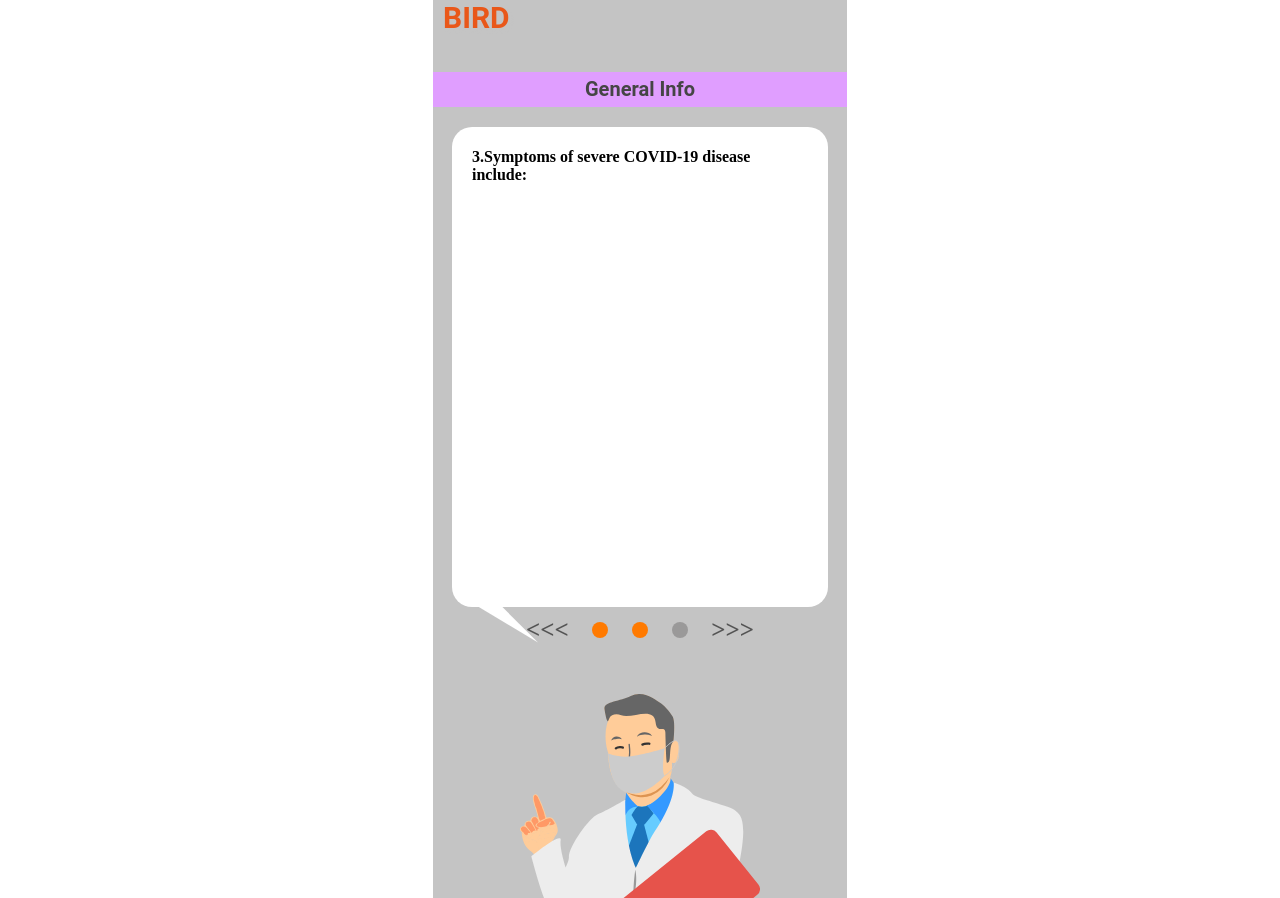
Repository: Levic559/BIRD
Page: General_info-3/1.html
These files come from the project's save history. The page is drawn as it stood at one moment and after a run of saves; the edit follows.
The browser window is 1280 px wide. The pictures show the whole page.

Above is the page before, as saved 2021-03-11 01:09:01.

After the next 2 saves:
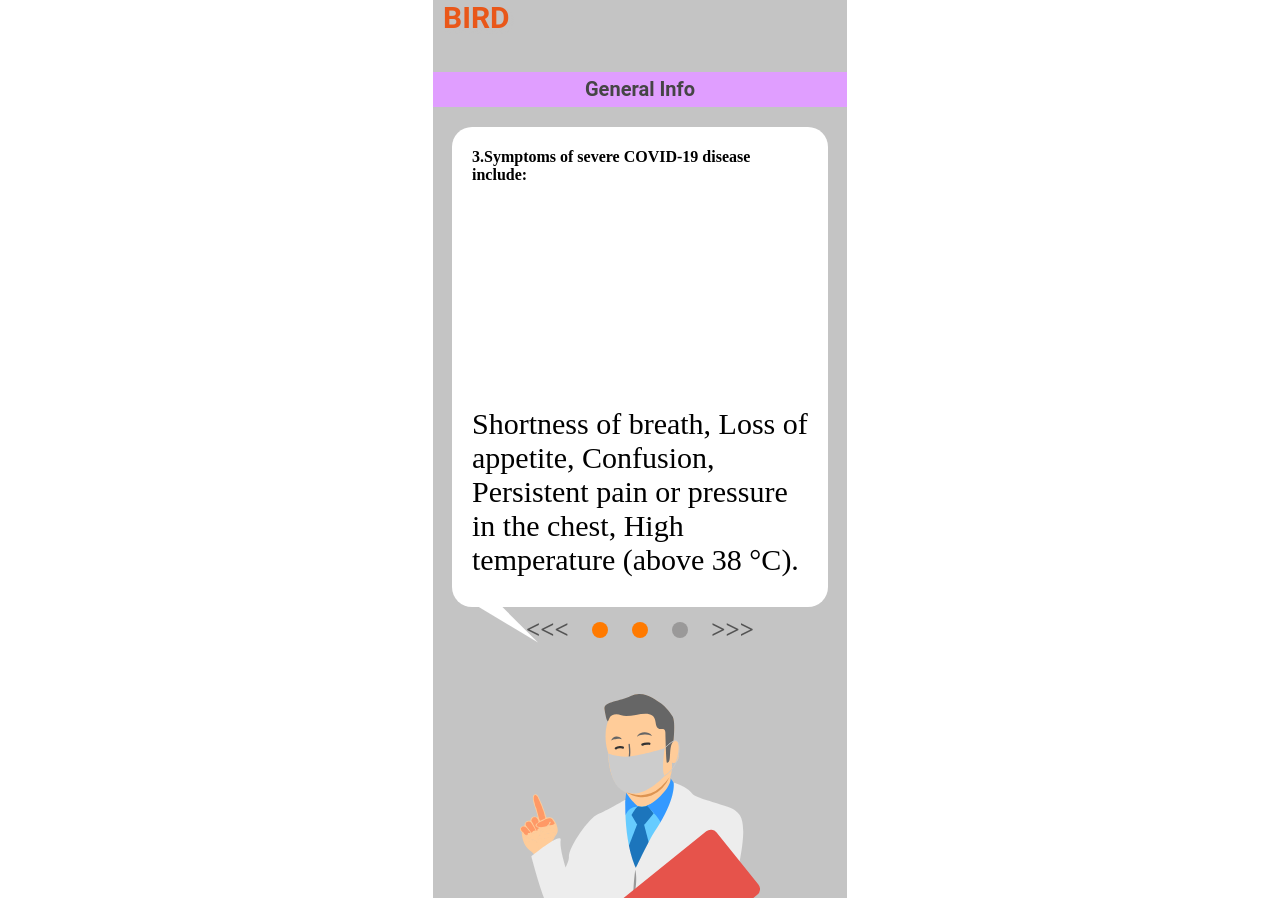
The 2 saves are shown as one change because they came seconds apart.
The last was saved 45 s later.
--- a/General_info-3/1.html
+++ b/General_info-3/1.html
@@ -16,7 +16,11 @@
         <h4 class="infographicQ">3.Symptoms of severe COVID‐19 disease include:
 
         </h4>
-        <p class="infographicText">
+        <p class="infographicText">Shortness of breath,
+          Loss of appetite,
+          Confusion,
+          Persistent pain or pressure in the chest,
+          High temperature (above 38 °C).
         </p>
         <div class="infographicImg">
           <img src="">
